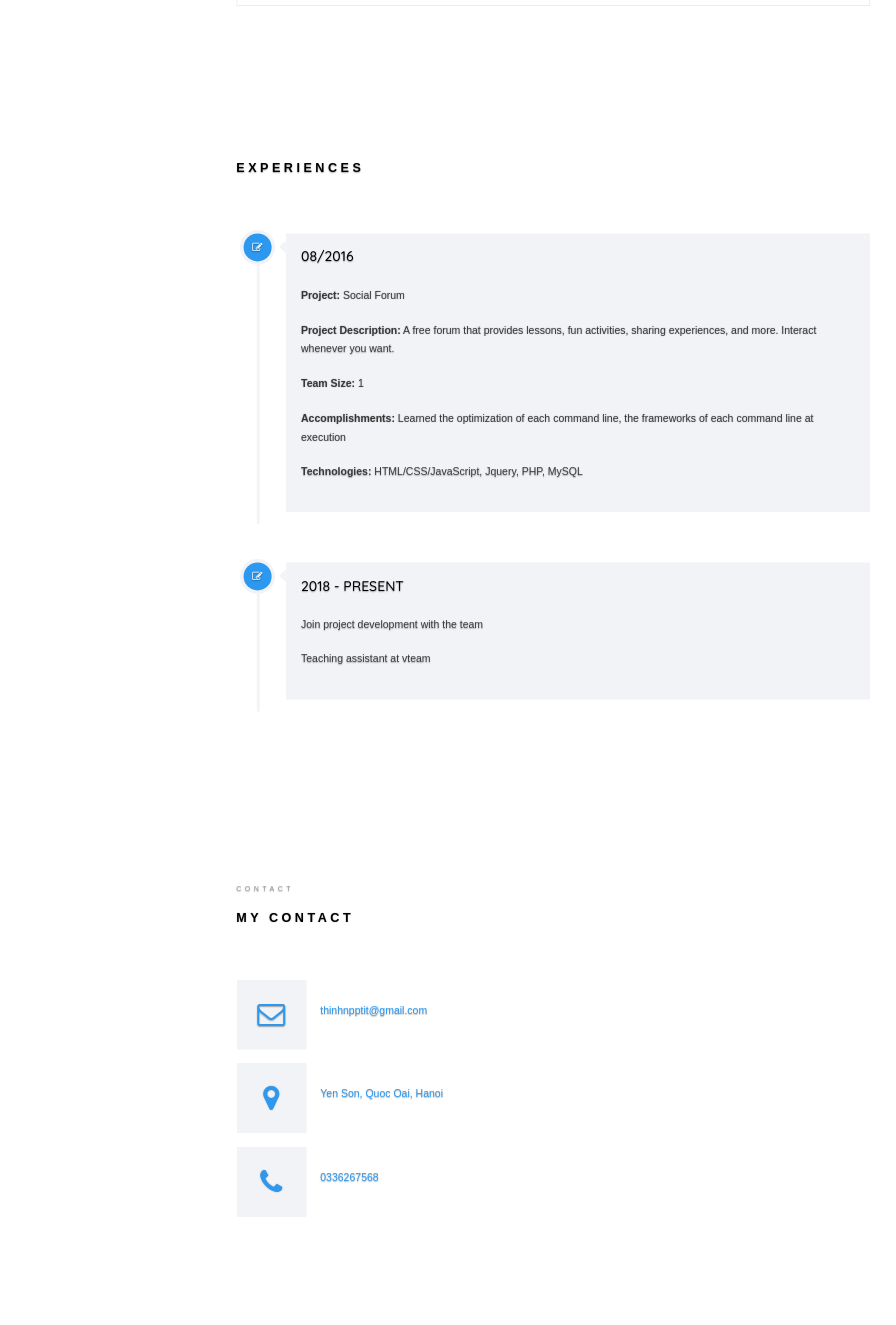
Repository: thinhnpptit/my-cv
Page: index.html
The author's editor kept a copy of each file at every save. The page is drawn from the files as they stood at one save, then again after the next save.
The browser window is 1280 px wide. The pictures show the part of the page from y = 2178 to 4098 px (the page is 4071 px tall before and 4098 px after), at 70% of full size.
Some web fonts or font styles are not loaded; a fallback is used.

Above is the page before, as saved 2021-06-22 22:23:57.
Console error: TypeError: $(...).stick_in_parent is not a function

After the next save:
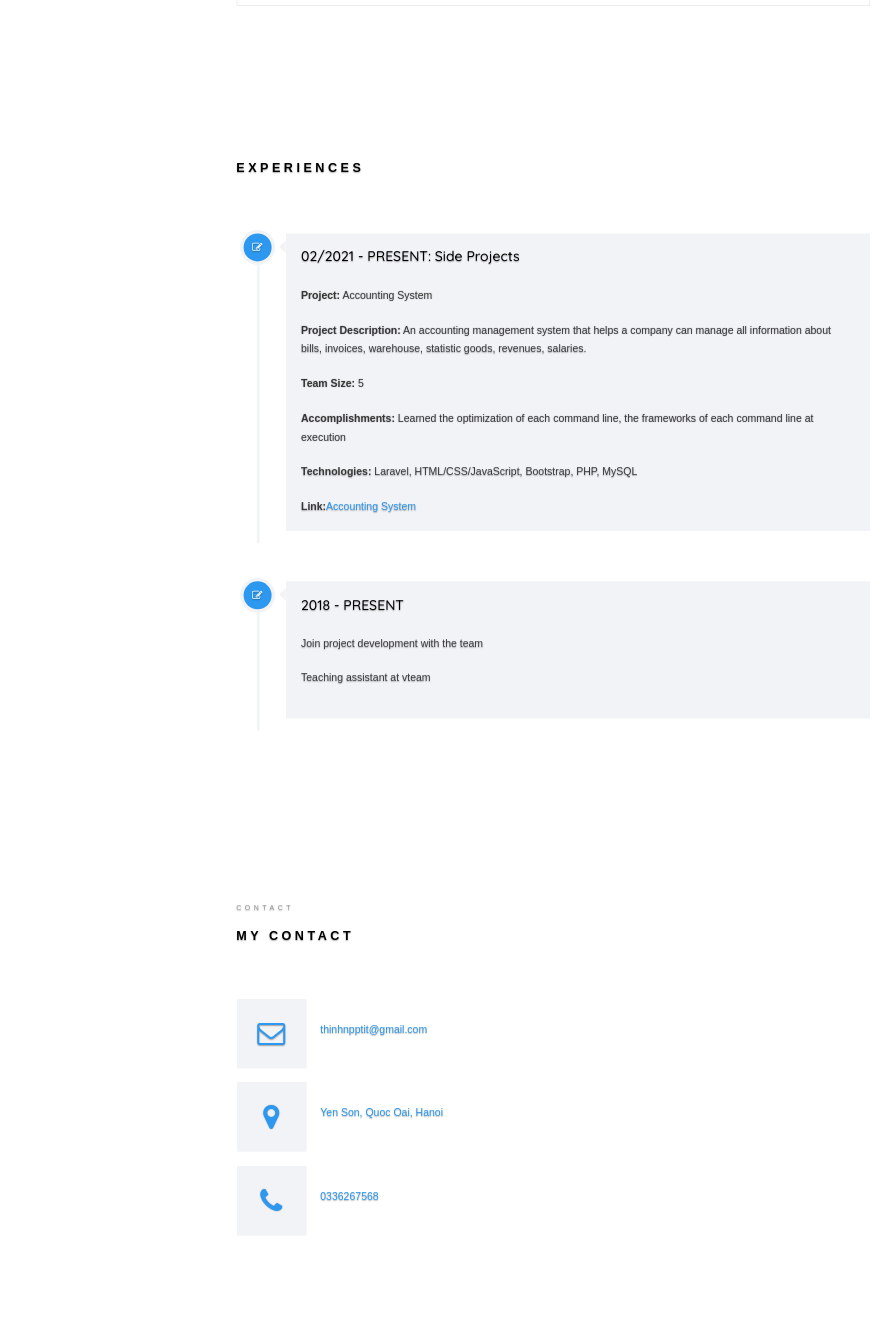
Saved 12 min 44 s later.
--- a/index.html
+++ b/index.html
@@ -279,12 +279,13 @@
 					               </div>
 
 					               <div class="timeline-label">
-					                  	<h2><a href="#">08/2016</a><span></span></h2>
-										<p><strong>Project:</strong> Social Forum</p>
-										<p><strong>Project Description:</strong> A free forum that provides lessons, fun activities, sharing experiences, and more. Interact whenever you want.</p>
-										<p><strong>Team Size:</strong> 1</p>
+					                  	<h2><a href="#">02/2021 - PRESENT: Side Projects</a><span></span></h2>
+										<p><strong>Project:</strong> Accounting System</p>
+										<p><strong>Project Description:</strong> An accounting management system that helps a company can manage all 	  	  information about bills, invoices, warehouse, statistic goods, revenues, salaries.</p>
+										<p><strong>Team Size:</strong> 5</p>
 										<p><strong>Accomplishments:</strong> Learned the optimization of each command line, the frameworks of each command line at execution</p>
-										<p><strong>Technologies:</strong> HTML/CSS/JavaScript, Jquery, PHP, MySQL</p>
+										<p><strong>Technologies:</strong> Laravel, HTML/CSS/JavaScript, Bootstrap, PHP, MySQL</p>
+										<span><strong>Link:</strong></span><a href="http://accounting-system-app.herokuapp.com">Accounting System</a>
 										<!-- <div class="text-center">
 											<a name="" id="" class="btn btn-primary" href="#" role="button">View Page</a>
 										</div> -->
